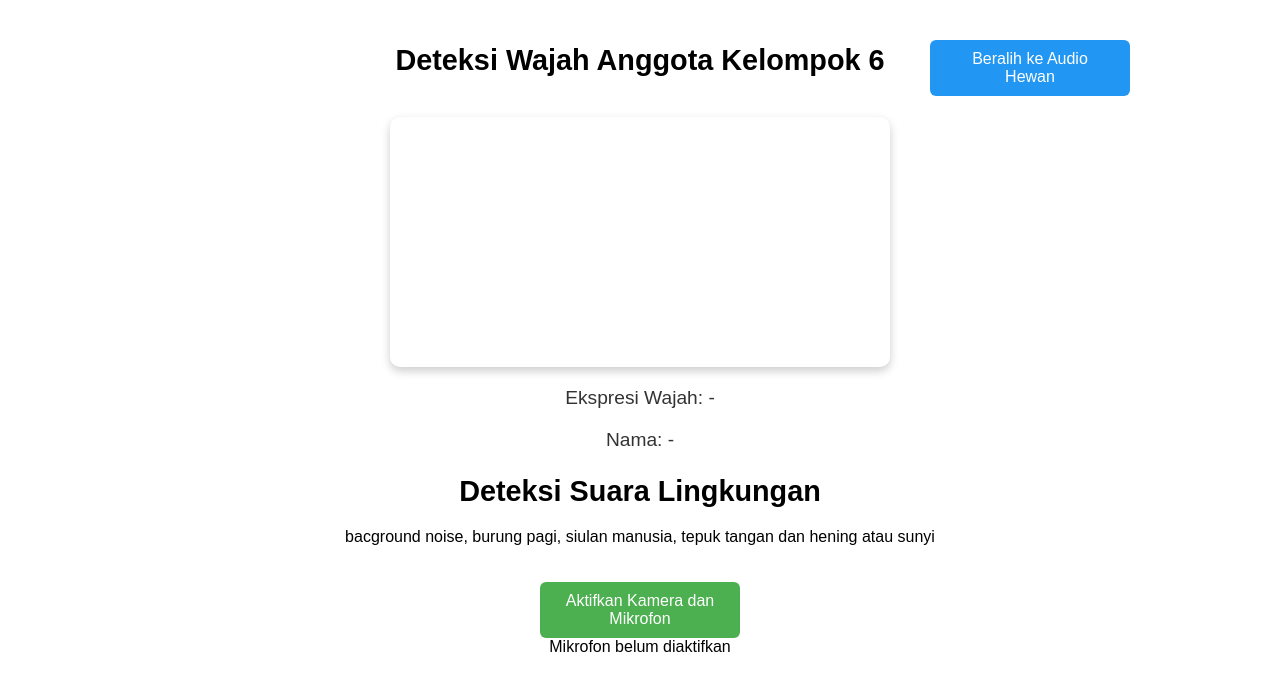
Repository: RalfyBawinto/working-teachable-machine
Page: index.html
The author's editor kept a copy of each file at every save. The page is drawn from the files as they stood at one save, then again after the next save.
The browser window is 1280 px wide. The pictures show the whole page.

Above is the page before, as saved 2025-04-22 20:31:36.

After the next save:
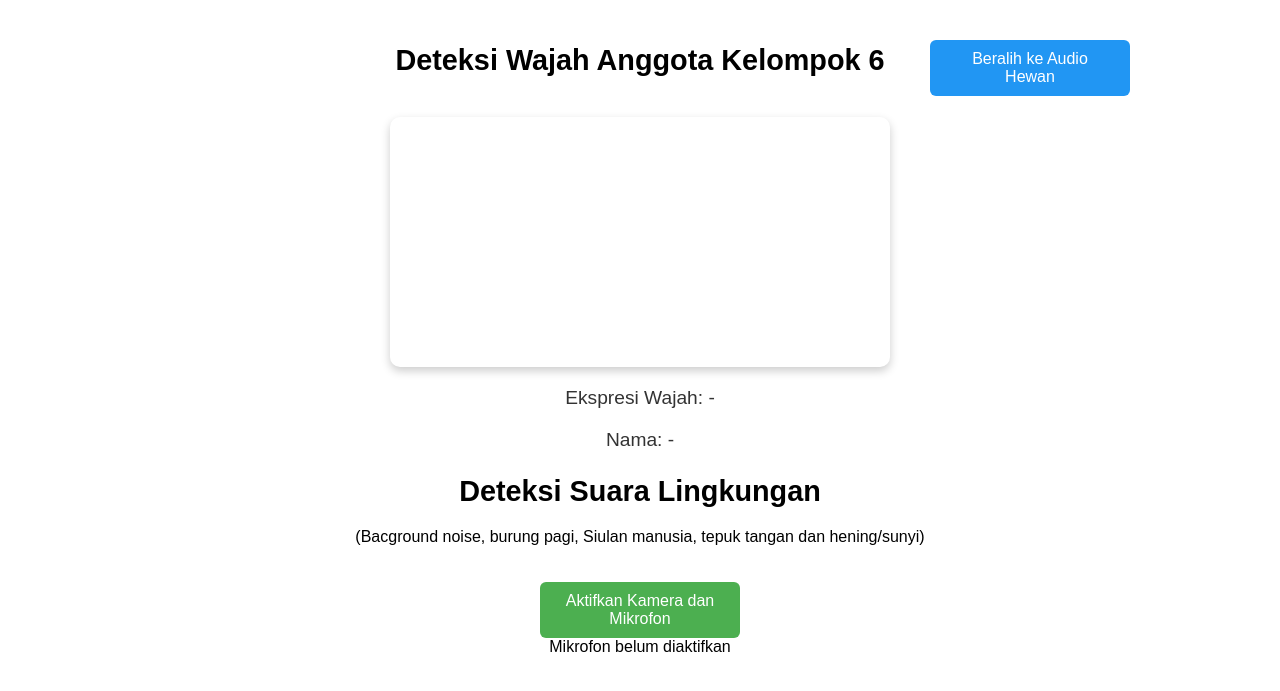
Saved 35 s later.
--- a/index.html
+++ b/index.html
@@ -25,8 +25,8 @@
 
     <h2>Deteksi Suara Lingkungan</h2>
     <p>
-      bacground noise, burung pagi, siulan manusia, tepuk tangan dan hening atau
-      sunyi
+      (Bacground noise, burung pagi, Siulan manusia, tepuk tangan dan
+      hening/sunyi)
     </p>
 
     <!-- Kontrol deteksi suara -->
